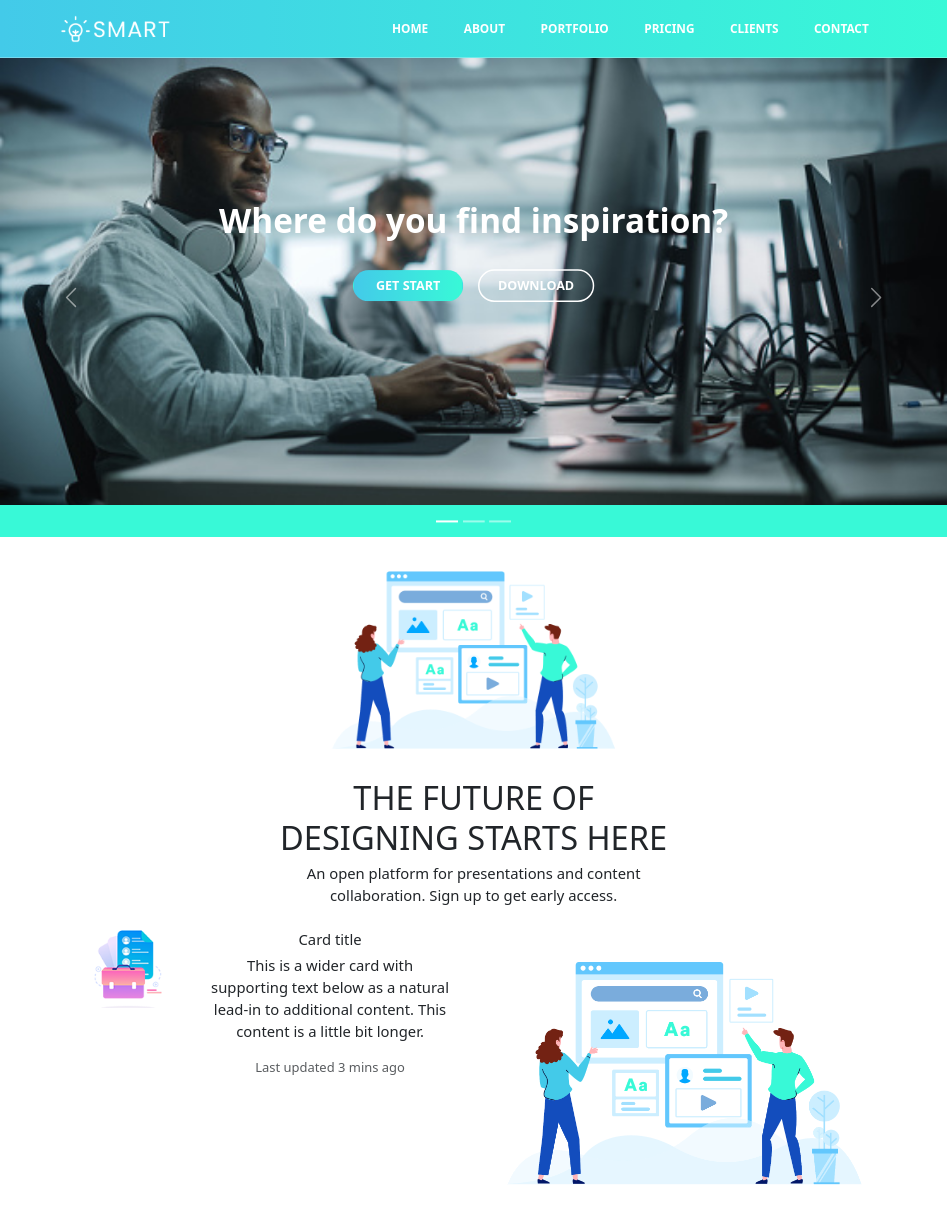
Repository: rizwan-zafar/smart-React
Page: /
The author's editor kept a copy of each file at every save. The page is drawn from the files as they stood at one save, then again after a run of saves.
The browser window is 1280 px wide. The pictures show the whole page, at 74% of full size.
The project was rebuilt for these pictures with package versions that can differ from the ones it lists, and the page was loaded fresh each time.

Above is the page before, as saved 2022-11-17 11:00:19.

### public/index.html
<!DOCTYPE html>
<html lang="en">
  <head>
    <meta charset="utf-8" />
    <link rel="icon" href="%PUBLIC_URL%/favicon.ico" />
    <meta name="viewport" content="width=device-width, initial-scale=1" />
    <meta name="theme-color" content="#000000" />
    <meta
      name="description"
      content="Web site created using create-react-app"
    />
    <link rel="apple-touch-icon" href="%PUBLIC_URL%/logo192.png" />
    <!--
      manifest.json provides metadata used when your web app is installed on a
      user's mobile device or desktop. See https://developers.google.com/web/fundamentals/web-app-manifest/
    -->
    <link rel="manifest" href="%PUBLIC_URL%/manifest.json" />
    <!--
      Notice the use of %PUBLIC_URL% in the tags above.
      It will be replaced with the URL of the `public` folder during the build.
      Only files inside the `public` folder can be referenced from the HTML.

      Unlike "/favicon.ico" or "favicon.ico", "%PUBLIC_URL%/favicon.ico" will
      work correctly both with client-side routing and a non-root public URL.
      Learn how to configure a non-root public URL by running `npm run build`.
    -->
    <title>React App</title>
  </head>
  <body>
    <noscript>You need to enable JavaScript to run this app.</noscript>
    <div id="root"></div>

   </body>
</html>

### src/index.js
import React from 'react';
import './index.css';
import "../node_modules/bootstrap/dist/css/bootstrap.min.css"
import "../node_modules/bootstrap/dist/js/bootstrap.min.js"
import "./Components/FontawsomeIcons"
import ReactDOM from 'react-dom/client';
import App from './App';
const root = ReactDOM.createRoot(document.getElementById('root'));
root.render(
  <React.StrictMode>
    <App />
  </React.StrictMode>
);

// If you want to start measuring performance in your app, pass a function
// to log results (for example: reportWebVitals(console.log))
// or send to an analytics endpoint. Learn more: https://bit.ly/CRA-vitals

### src/Components/FontawsomeIcons/index.js
import {library} from "@fortawesome/fontawesome-svg-core"
import {faUser,faBars,faPlus} from "@fortawesome/free-solid-svg-icons"
library.add(faUser,faBars,faPlus)

### src/App.js
 import HomePage from "./Pages/Home"
function App() {
  return (
    <div className="App">
        <HomePage />
    </div>
  );
}

export default App;

### src/Pages/Home.js
import React from 'react'
import Navbar from "../Components/Navbar"
import Slider from "../Components/Slider"
import Service from "../Components/Service";
export default function Home() {
    return (
        <div>
            <Navbar />
            <Slider />
            <Service />
        </div>
    )
}

### src/Components/Navbar.js
import React from 'react'
import "../Css/Navbar.css"

import { FontAwesomeIcon } from "@fortawesome/react-fontawesome"
export default function Navbar() {
    const [hamburgerIcon, setHamburgerIcon] = React.useState('bars')
    const [rotateIcon, setRotateIcon] = React.useState('')
    const handleHumBurger = (hamburgerIcon) => {
        if (hamburgerIcon === 'bars') {
            setRotateIcon('icon-rotate')
            setHamburgerIcon('plus')
        } else {
            setRotateIcon('anti-icon-rotate')
            setHamburgerIcon("bars")
        }
    }
     return (
        <div className="NavContainer">
            <nav className="navbar navbar-expand-lg navbar-dark">
                <div className="container">
                    <a className="navbar-brand" href="/">
                        <img className="img-fluid" src="Images/logo.png" alt="not found" />
                    </a>
                    <div className="navbar-toggler" type="button" data-bs-toggle="collapse"   onClick={() => { handleHumBurger(hamburgerIcon) }} data-bs-target="#navbarNav" aria-controls="navbarNav" aria-expanded="false" aria-label="Toggle navigation">
                        <FontAwesomeIcon  className={rotateIcon} icon={hamburgerIcon}  />
                    </div>
                    <div className="collapse navbar-collapse navSetting" id="navbarNav">
                        <ul className="navbar-nav ms-auto">
                            <li className="nav-item">
                                <a className="nav-link active" aria-current="page" href="/">Home</a>
                            </li>
                            <li className="nav-item">
                                <a className="nav-link" href="/">ABOUT</a>
                            </li>
                            <li className="nav-item">
                                <a className="nav-link" href="/">PORTFOLIO</a>
                            </li>

                            <li className="nav-item">
                                <a className="nav-link" href="/">PRICING</a>
                            </li>

                            <li className="nav-item">
                                <a className="nav-link" href="/">CLIENTS</a>
                            </li>

                            <li className="nav-item">
                                <a className="nav-link" href="/">CONTACT</a>
                            </li>

                        </ul>
                    </div>
                </div>
            </nav>
        </div>
    )
}

### src/Components/Slider.js
import React from 'react'
import "../Css/Slider.css"

export default function Slider() {
    return (
        <div className="sliderContainer">
            <div id="carouselExampleCaptions" className="carousel slide" data-bs-ride="false">

                <div className="carousel-indicators">
                    <button type="button" data-bs-target="#carouselExampleCaptions" data-bs-slide-to="0" className="active" aria-current="true" aria-label="Slide 1"></button>
                    <button type="button" data-bs-target="#carouselExampleCaptions" data-bs-slide-to="1" aria-label="Slide 2"></button>
                    <button type="button" data-bs-target="#carouselExampleCaptions" data-bs-slide-to="2" aria-label="Slide 3"></button>
                </div>

                <div className="carousel-inner">
                    <div className="carousel-item active bg-cover slide-image1">
                        <div className="carousel-caption">
                            <p> If not now, then when?</p>
                            <div>
                                <button className="btn btn1">Get Start</button>
                                <button className="btn btn2">Download</button>
                            </div>
                        </div>
                    </div>
                    <div className="carousel-item active bg-cover slide-image2">
                        <div className="carousel-caption">
                            <p>What does your joy look like today?</p>
                            <div>
                                <button className="btn btn1">Get Start</button>
                                <button className="btn btn2">Download</button>
                            </div>
                        </div>
                    </div>
                    <div className="carousel-item active bg-cover slide-image3">
                        <div className="carousel-caption">
                            <p>Where do you find inspiration?</p>
                            <div>
                                <button className="btn btn1">Get Start</button>
                                <button className="btn btn2">Download</button>
                            </div>
                        </div>
                    </div>
                </div>
                <button className="carousel-control-prev" type="button" data-bs-target="#carouselExampleCaptions" data-bs-slide="prev">
                    <span className="carousel-control-prev-icon" aria-hidden="true"></span>
                    <span className="visually-hidden">Previous</span>
                </button>
                <button className="carousel-control-next" type="button" data-bs-target="#carouselExampleCaptions" data-bs-slide="next">
                    <span className="carousel-control-next-icon" aria-hidden="true"></span>
                    <span className="visually-hidden">Next</span>
                </button>
            </div>
        </div>
    )
}

### src/Components/Service.js
import React from 'react'
import "../Css/Services.css"
export default function Service() {
    return (
        <div className="services pt-100">

            <div className="text-center">
                <img class="custom-image" src="/Images/services.png" alt="Services" />
                <div className='container custom-container'>
                    <h4>The future of designing starts here</h4>
                    <p>An open platform for presentations and content collaboration. Sign up to get early access.</p>
                </div>
            </div>
            {/* style={{max-width: 540px;}} */}
            <div className="container text-center">
                <div className="row">
                    <div className="col-xs-12 col-sm-12 col-md-6 col-lg-6 col-xl-6 ">
                        <div class="card mb-3" >
                            <div className="row g-0">
                                <div className="col-md-4">
                                    <img src="/Images/icon-1.png" className="img-fluid rounded-start" alt="..." />
                                </div>
                                <div className="col-md-8">
                                    <div className="card-body">
                                        <h5 className="card-title">Card title</h5>
                                        <p className="card-text">This is a wider card with supporting text below as a natural lead-in to additional content. This content is a little bit longer.</p>
                                        <p className="card-text"><small className="text-muted">Last updated 3 mins ago</small></p>
                                    </div>
                                </div>
                            </div>
                        </div>

                    </div>

                    <div className="col-xs-12 col-sm-12 col-md-6 col-lg-6 col-xl-6 ">
                        <img class="img-fluid" src="/Images/services.png" alt="Services" />

                    </div>

                </div>
            </div>

        </div>
    )
}

### src/Css/Navbar.css

.NavContainer  .navbar-toggler
{
    color:black;
    border:none;
}
.NavContainer .navbar-brand img{
    max-width: 150px;
}
.NavContainer .navbar-dark
{
    background: linear-gradient(to right,#43cae9, #38f9d7 100%)
}

.NavContainer .navbar-nav li{
   padding: 11px 16px;
 }
.NavContainer .navbar-nav li a{
color:#fff;
font-weight: 700;
text-transform: uppercase;
font-size: 16px;
}



@media (min-width: 1200px)
{
.NavContainer .container {
    max-width: 1140px;
}
}


@media (max-width: 991px)
 {
    .NavContainer .navSetting
    {
        position: absolute;
        top: 100%;
        left: 0;
        width: 100%;
        background: linear-gradient(to right,#43cae9, #38f9d7 100%);
        z-index: 8;
        padding: 10px 16px;
        -webkit-box-shadow: 0 3px 6px 0 rgb(0 0 0 / 16%);
        -moz-box-shadow: 0 3px 6px 0 rgba(0, 0, 0, 0.16);
        box-shadow: 0 3px 6px 0 rgb(0 0 0 / 16%);
    }
 }

 .NavContainer .icon-rotate {
   transform:rotate(90deg);
    transition: 0.5s;

  }
 .NavContainer .anti-icon-rotate {
   transform:rotate(-0deg);
    transition: 0.5s;

  }

### src/Css/Slider.css
.sliderContainer .carousel-inner .bg-cover{
     height: 90vh;
     background-size: cover;
     background-repeat: no-repeat;
     background-position: center center;
}
.sliderContainer .slide-image1{
    background-image: url("/public/Images/slider-1.jpg");
}
.sliderContainer .slide-image2{
    background-image: url("/public/Images/slider-2.jpg");
}
.sliderContainer .slide-image3{
    background-image: url("/public/Images/slider-3.jpg");
}

.sliderContainer .carousel-caption
{

    position: absolute;
    right: 15%;
    bottom: 1.25rem;
    left: 15%;
    padding-top: 1.25rem;
    padding-bottom: 1.25rem;
    color: #fff;
    text-align: center;
    font-size: 45px;
    font-weight: bold;
    top: 23vh;

}
.sliderContainer .btn1{

    margin: 10px;
    background: linear-gradient(to right,#43cae9, #38f9d7 100%);
    padding: 7px 30px 7px 30px;
    font-weight: bold;
    color: white;
    font-size: 17px;
    border-radius: 29px;
    text-transform: uppercase;

}

.sliderContainer .btn2{
    margin: 10px;
    background:  transparent;
    padding: 7px 25px 7px 25px;
    font-weight: bold;
    color: white;
    font-size: 17px;
    border-radius: 29px;
    border: 2px solid white;
    text-transform: uppercase;

}
.sliderContainer .carousel-indicators{
    margin-right: 0;
    margin-left: 0;
    margin-bottom: 0;
    background: #38f9d7;
    padding: 10px;
}
@media (max-width: 991px)
 {
    .sliderContainer .carousel-inner .bg-cover
    {
        height: 350px;
    }

   .sliderContainer .carousel-caption
   {
       font-size: 25px ;
       top: 11vh;
       font-weight: bolder;
   }

   .sliderContainer .btn
   {
    font-size: 15px;
    }
   .sliderContainer .btn
   {
    font-size: 15px;
    }

    .sliderContainer .carousel-indicators{
        margin-right: 0;
        margin-left: 0;
        margin-bottom: 0;
        background: transparent;

    }
 }

### src/Css/Services.css
.services h4{
    font-size: 44px;
    text-transform: uppercase;

}
.services p{
    font-size: 20px;
}
.services .custom-image
{
max-width: 34%;
height: auto;
}
.services .custom-container
{
    max-width: 600px;
}
.services .card{
    border: none;
}
@media (max-width: 991px)
 {
    .services .custom-image
    {
    max-width: 100%;
    height: auto;
    }
    .services h4{
        font-size: 25px;
       text-transform: uppercase;
    }
    .services p{
        font-size: 16px;
     }
 }

Loaded but not shown: src/index.css (common file)

After the next 3 saves:
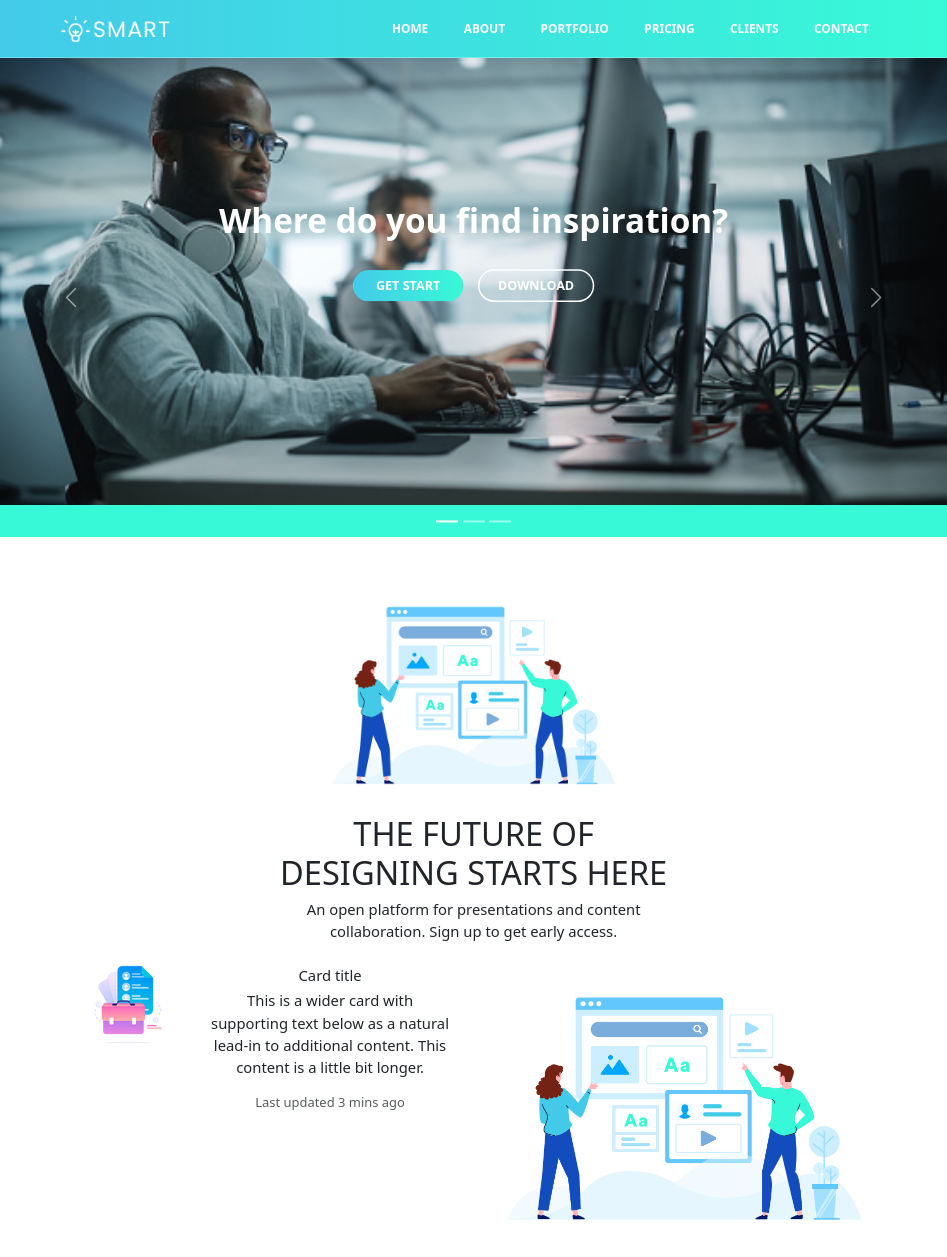
The 3 saves are shown as one change because they came seconds apart.
The last was saved 2 min 26 s later.
--- a/src/Components/Service.js
+++ b/src/Components/Service.js
@@ -2,7 +2,7 @@
 import "../Css/Services.css"
 export default function Service() {
     return (
-        <div className="services pt-100">
+        <div className="services pt-5">
 
             <div className="text-center">
                 <img class="custom-image" src="/Images/services.png" alt="Services" />

After the save that followed:
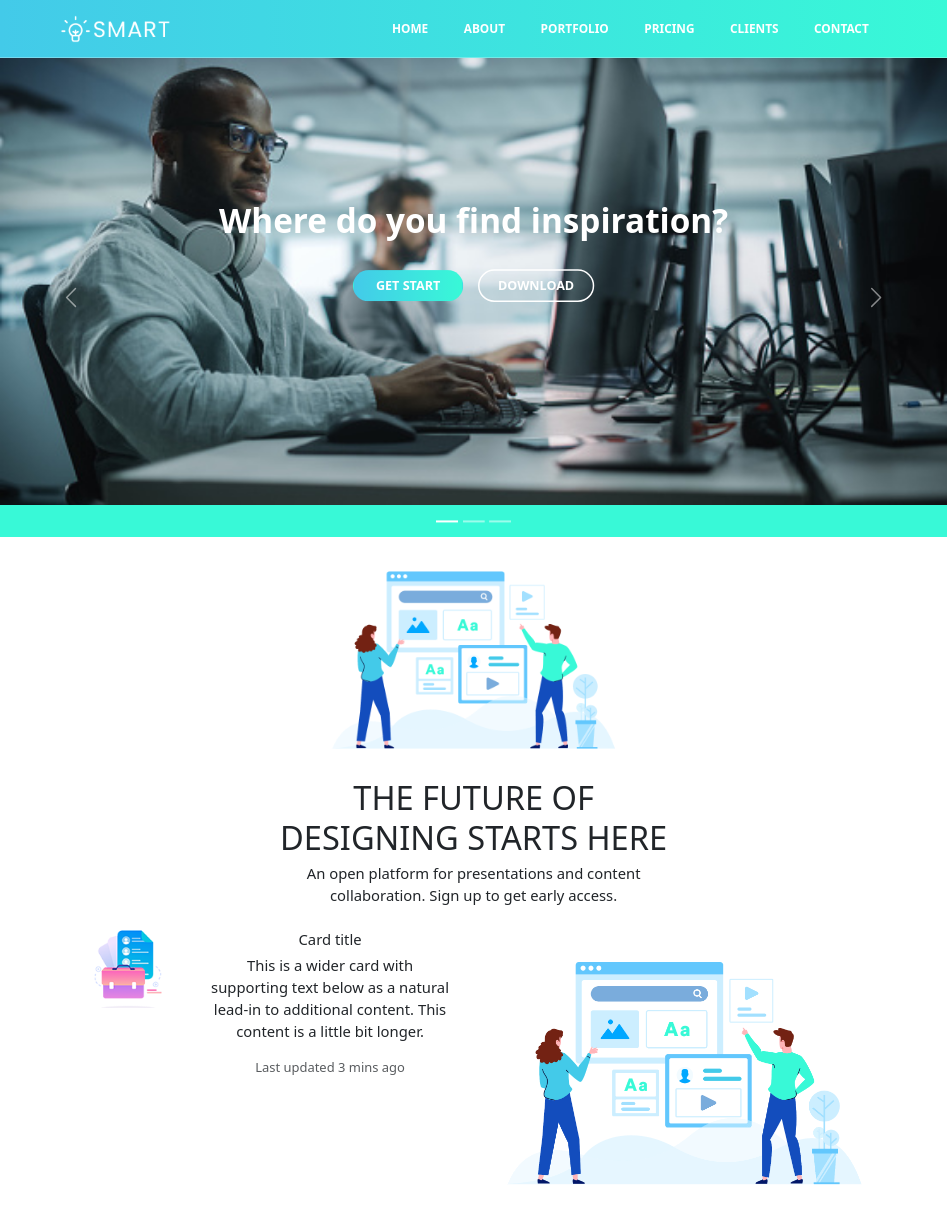
Saved 60 s later.
--- a/src/Components/Service.js
+++ b/src/Components/Service.js
@@ -2,7 +2,7 @@
 import "../Css/Services.css"
 export default function Service() {
     return (
-        <div className="services pt-5">
+        <div className="services pt-5*5">
 
             <div className="text-center">
                 <img class="custom-image" src="/Images/services.png" alt="Services" />
